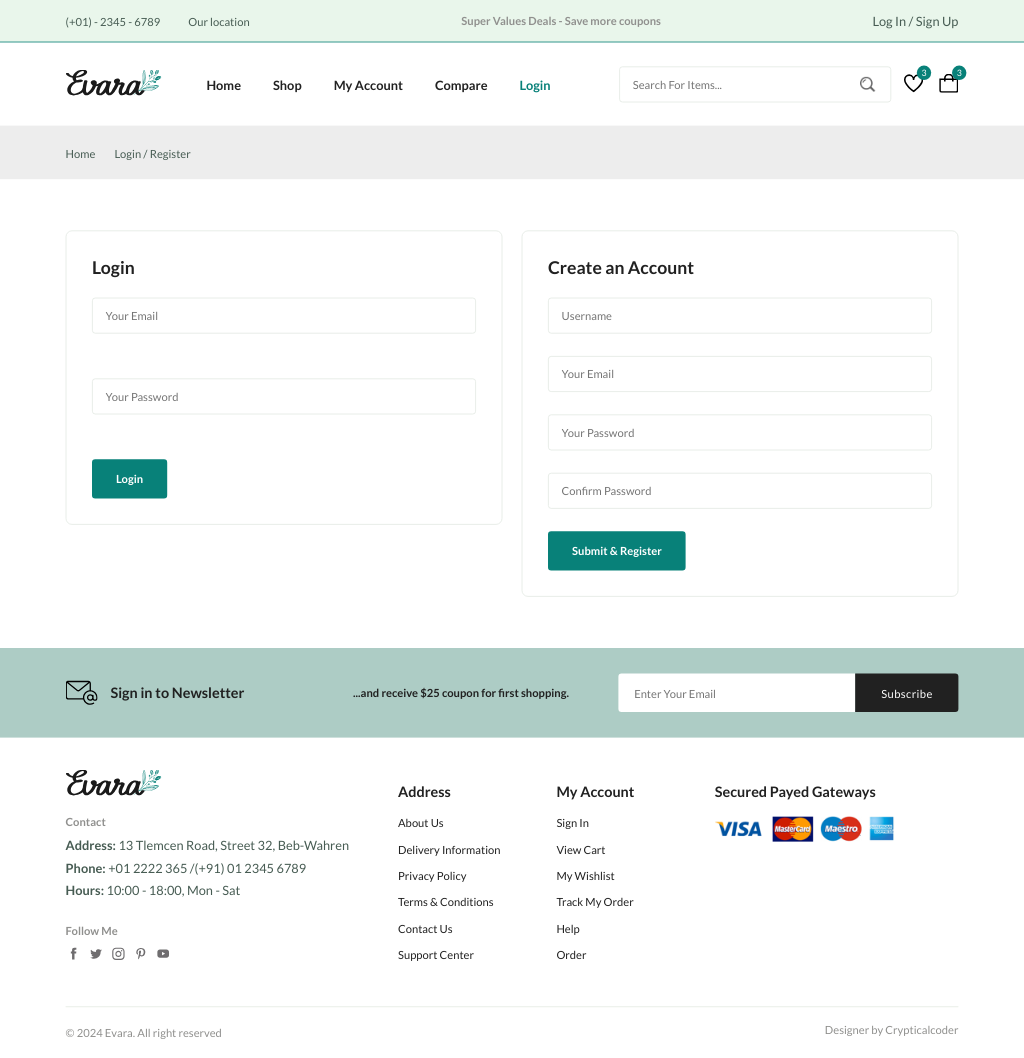
Repository: binhphanbp/evara-ecommerce
Page: login-register.html
The author's editor kept a copy of each file at every save. The page is drawn from the files as they stood at one save, then again after the next save.
The browser window is 1280 px wide. The pictures show the whole page, at 80% of full size.

Above is the page before, as saved 2025-04-14 17:03:57.

After the next save:
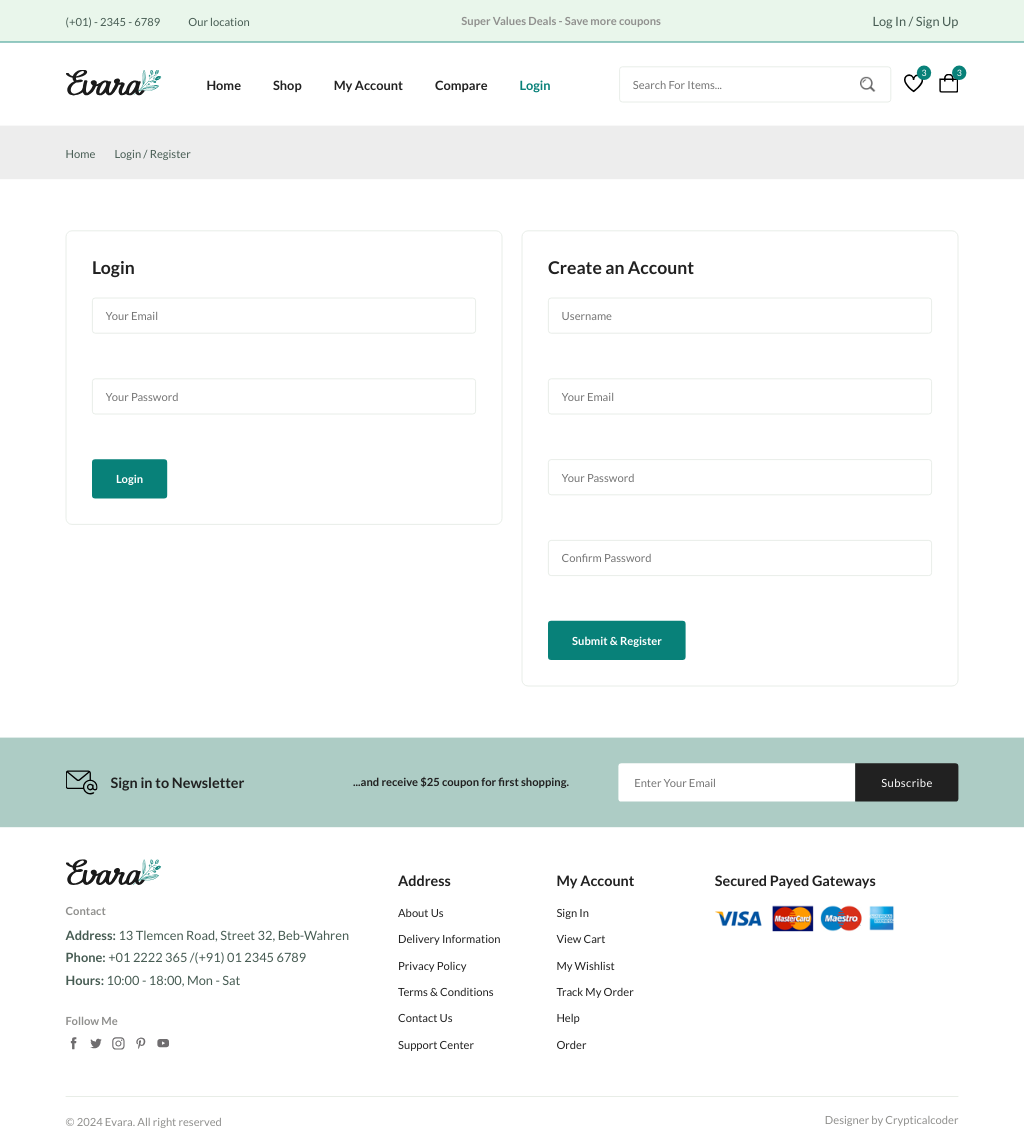
Saved 15 s later.
--- a/login-register.html
+++ b/login-register.html
@@ -140,26 +140,30 @@
                 placeholder="Username"
                 class="form__input"
               />
-              <input
-                type="email"
+              <span id="regUsernameError" class="error"></span>
+              <input
+                type="text"
                 id="regEmail"
                 placeholder="Your Email"
                 class="form__input"
               />
+              <span id="regEmailError" class="error"></span>
               <input
                 type="password"
                 id="regPassword"
                 placeholder="Your Password"
                 class="form__input"
               />
+              <span id="regPasswordError" class="error"></span>
               <input
                 type="password"
                 id="regConfirmPassword"
                 placeholder="Confirm Password"
                 class="form__input"
               />
+              <span id="regConfirmPasswordError" class="error"></span>
               <div class="form__btn">
-                <button class="btn" type="submit">Submit &amp; Register</button>
+                <button class="btn" type="submit">Submit & Register</button>
               </div>
             </form>
           </div>
